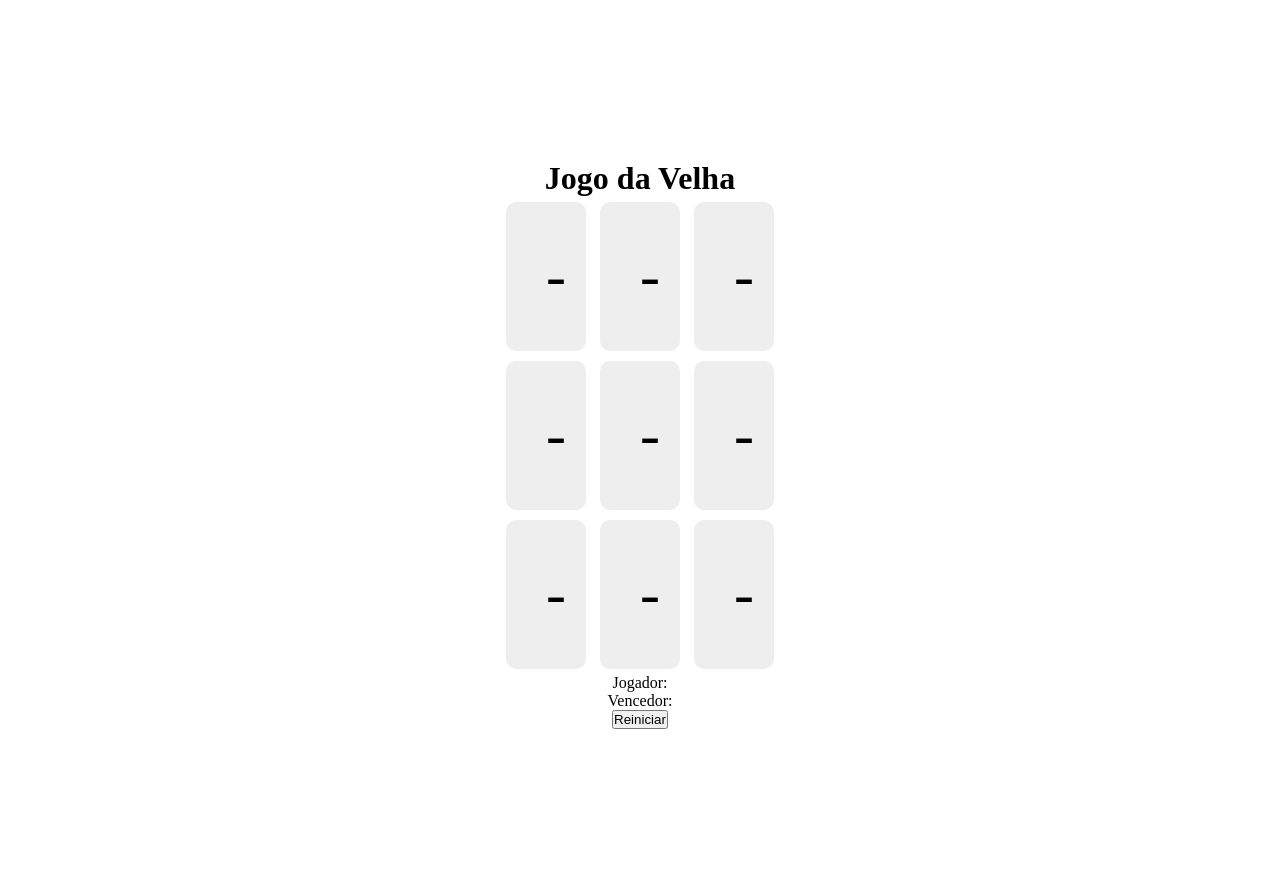
Repository: guilhermecardoso93/jogodavelha
Page: index.html
These files come from the project's save history. The page is drawn as it stood at one moment and after a run of saves; the edit follows.
The browser window is 1280 px wide. The pictures show the whole page.

Above is the page before, as saved 2023-05-31 21:35:49.

### index.html
<!DOCTYPE html>
<html lang="pt-BR">
  <head>
    <meta charset="UTF-8">
    <meta http-equiv="X-UA-Compatible" content="IE=edge">
    <meta name="viewport" content="width=device-width, initial-scale=1.0">
    <link rel="stylesheet" href="styles.css">
    <title>Jogo da Velha</title>
  </head>
  <body>
    <main>
      <h1>Jogo da Velha</h1>
      <div>
        <div id="1" class="squad">-</div>
        <div id="2" class="squad">-</div>
        <div id="3" class="squad">-</div>
      </div>
      <div>
        <div id="4" class="squad">-</div>
        <div id="5" class="squad">-</div>
        <div id="6" class="squad">-</div>
      </div>
      <div>
        <div id="7" class="squad">-</div>
        <div id="8" class="squad">-</div>
        <div id="9" class="squad">-</div>
      </div>
      <div>
        <label>Jogador:</label>
        <label id="player"></label>
      </div>
      <div>
        <label>Vencedor:</label>
        <label id="winner"></label>
      </div>
      <div>
        <button type="button" id="reiniciarButton">Reiniciar</button>
      </div>
    </main>

  </body>
</html>

### styles.css
* {
  margin: 0;
  padding: 0;
  box-sizing: border-box;
}

body {
  padding: 10rem;
  text-align: center;
}

main {
  margin: 0 auto;
}

.squad {
  text-align: center;
  width: 50px;
  background-color: #eee;
  display: inline-block;
  padding: 40px;
  margin: 5px;
  font-size: 60px;
  cursor: pointer;
  border-radius: 10px;
}

After the next 2 saves:
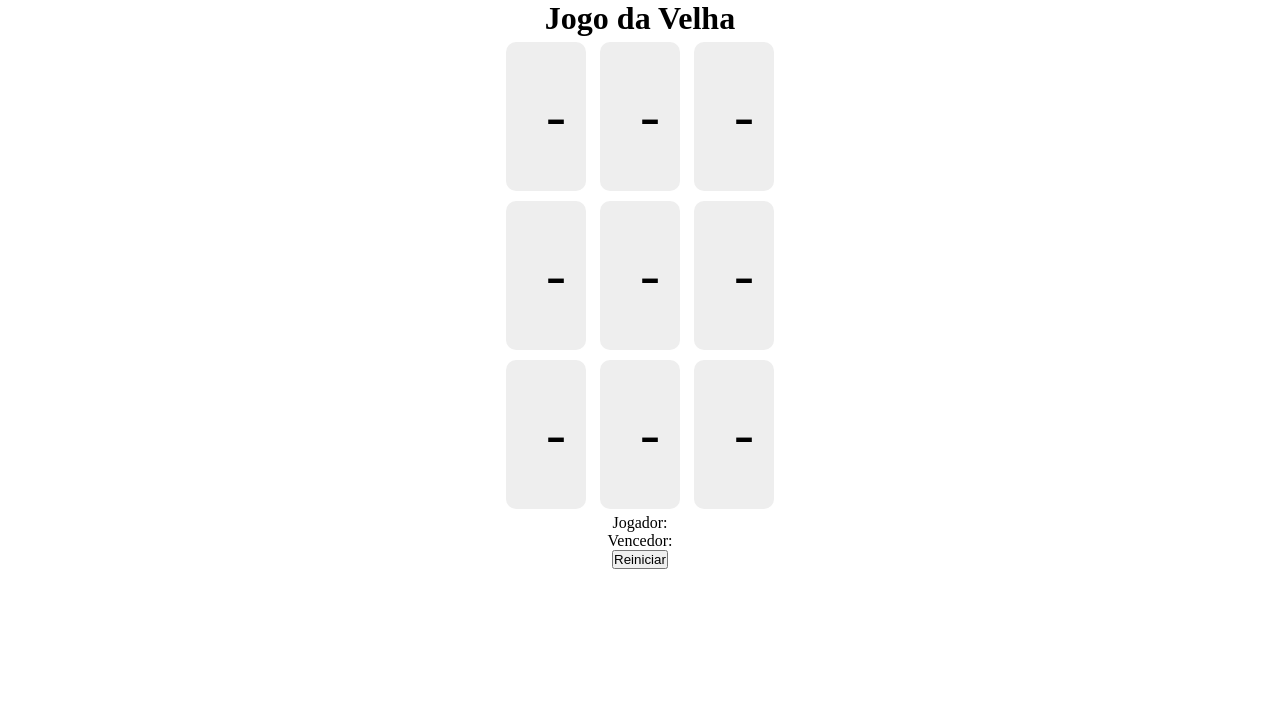
The 2 saves are shown as one change because they came seconds apart.
The last was saved 74 s later.
--- a/styles.css
+++ b/styles.css
@@ -5,13 +5,10 @@
 }
 
 body {
-  padding: 10rem;
+
   text-align: center;
 }
 
-main {
-  margin: 0 auto;
-}
 
 .squad {
   text-align: center;
